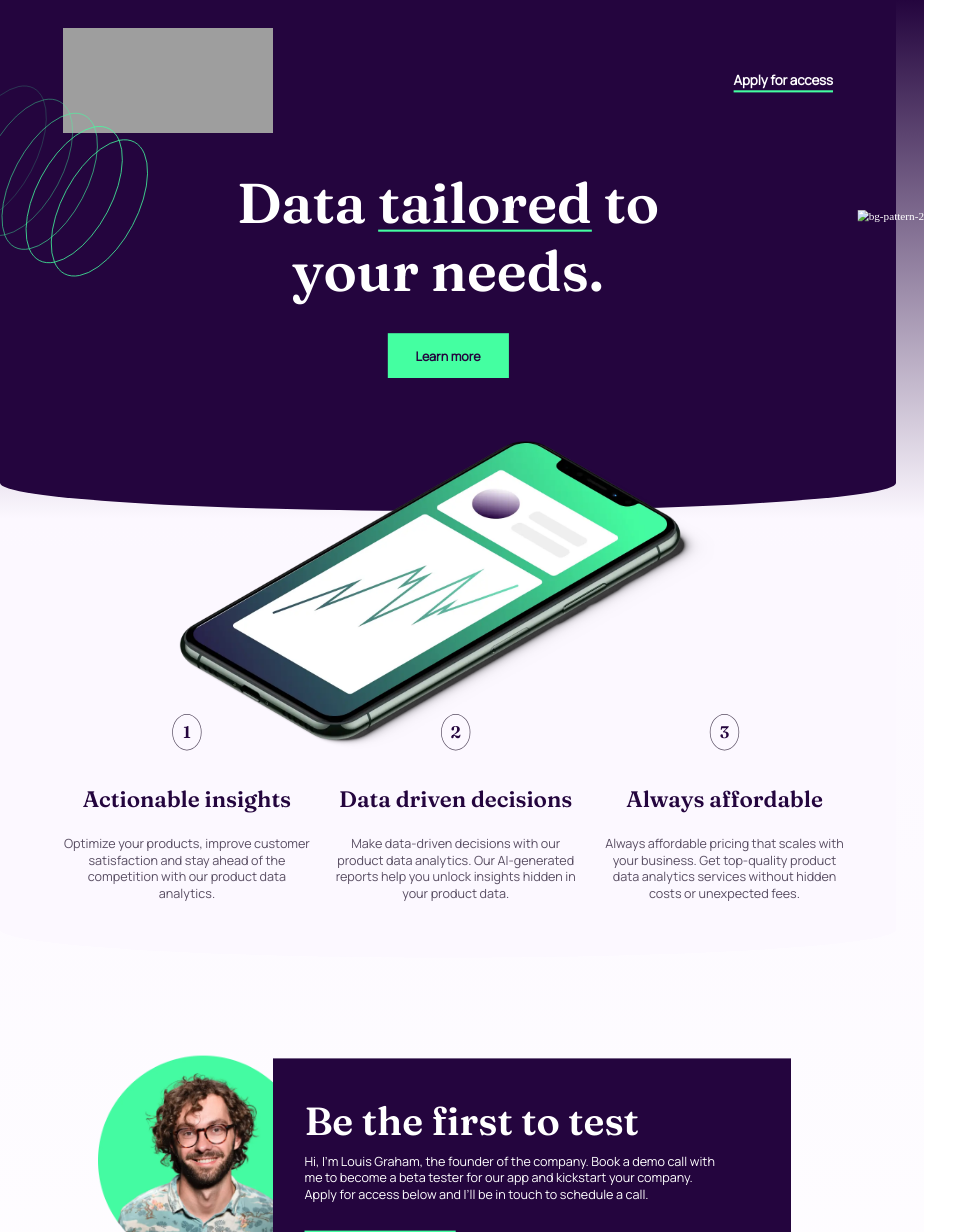
Repository: Arkitecth/landing_page
Page: index.html
An editor plug-in stored every save of this project. The page is shown before and after the next save, followed by the edit.
The browser window is 1280 px wide. The page is 1320 px wide, then 1380 px, so the pictures cover 1380 px, including what lies to the right of the window. The pictures show the part of the page from y = 0 to 1760 px (the page is 2469 px tall before and 2219 px after), at 70% of full size.
Pictures or frames that could not be fetched are drawn as grey boxes.

Above is the page before, as saved 2023-06-03 17:34:01.
Not found: assets/images/bg-pattern-2.svg

### index.html
<!DOCTYPE html>
<html lang="en">
<head>
  <meta charset="UTF-8">
  <meta http-equiv="X-UA-Compatible" content="IE=edge">
  <meta name="viewport" content="width=device-width, height=device-height, initial-scale=1.0, minimum-scale=1.0">
  <title>Work-it | Landing Page</title>
  <link rel="stylesheet" href="styles.css">
</head>
<body>
  <header id="header">
    <img src="assets/images/bg-pattern-1.svg" class="bg-pattern-1" alt="bg-pattern-1">
    <img src="assets/images/bg-pattern-2.svg" class="bg-pattern-2" alt="bg-pattern-2">
    <div class="container">
      <nav>
        <object data="assets/images/logo-light.svg"></object>
        <a class="btn-secondary" href="#">Apply for access</a>
      </nav>
      <div class="showcase">

        <h1>Data <span>tailored</span> to your needs.</h1>
        <a class="btn-primary"href="#">Learn more</a>
        <object class="image-hero" data="starter-code/assets/images/image-hero.webp"></object>
      </div>
    </div>

  </header>


  <section id="feature">
    <div class="container grid">
      <div class="feature-content">
        <p class="feature-num">1</p>
        <h3>Actionable insights</h3>
        <p class="feature-paragraph">Optimize your products, improve customer satisfaction and stay ahead of the competition with our product data analytics.</p>
      </div>

      <div class="feature-content">
        <p class="feature-num">2</p>
        <h3>Data driven decisions</h3>
        <p class="feature-paragraph">Make data-driven decisions with our product data analytics. Our AI-generated reports help you unlock insights hidden in your product data.</p>
      </div>

      <div class="feature-content">
        <p class="feature-num">3</p>
        <h3>Always affordable</h3>
        <p class="feature-paragraph">Always affordable pricing that scales with your business. Get top-quality product data analytics services without hidden costs or unexpected fees.</p>
      </div>
    </div>
  </section>


  <section id="about">
    <div class="container flex">
        <object class="image-founder" data="starter-code/assets/images/image-founder.webp" width="300" height="300"></object>
        <div class="about-text">
          <h3> Be the first to test </h3>
          <p> Hi, I'm Louis Graham, the founder of the company. Book a demo call with me to become a
          beta tester for our app and kickstart your company. Apply for access below and I’ll be
          in touch to schedule a call. </p>
          <a class="btn-primary" href="#"> Apply for access </a>
        </div>
        <object class="bg-pattern-3" data="starter-code/assets/images/bg-pattern-3.svg"></object>
    </div>

  </section>

  <footer>
    <object class="logo-dark" data="starter-code/assets/images/logo-dark.svg"></object>
    <div class="icons">
      <object class="icon" data="starter-code/assets/images/icon-facebook.svg"></object>
      <object class="icon" data="starter-code/assets/images/icon-twitter.svg" ></object>
      <object class="icon" data="starter-code/assets/images/icon-instagram.svg" ></object>
    </div>

  </footer>
</body>
</html>

### styles.css
@import url('https://fonts.googleapis.com/css2?family=Fraunces:wght@600&family=Manrope&display=swap');

:root {
    --primary-color: #24053e;
    --primary-text-color: #fff;
    --ghost-white:#fcf8ff;
    --secondary-btn-color: #44ffa1;
    --font-heading: "Fraunces", serif;
    --font-paragraph: 'Manrope', sans-serif;
    --paragraph-color:#584d62;

}


/* Main Styling */
* {
    margin: 0;
    padding: 0;
}

p {
    font-family: var(--font-paragraph);
    font-size: 1.125rem

}

h1,h2,h3 {
    font-family: var(--font-heading);
    font-weight: 600;
}


#header {
    background-color: var(--primary-color);
    border-radius: 100% /0 0 80px 80px;
    height: 730px;
}


.container {
    width: 90%;
    max-width: 1100px;
    margin: 0 auto;
    padding: 40px;

}

.center {
    display: flex;
    justify-content: center;
    align-items: center;
    text-align: center;
}


body {
    background: linear-gradient(180deg, rgba(36,5,62,1) 0%, rgba(252,248,255,1) 30%, rgba(255,255,255,1) 100%);
    color: #fff;
    overflow-x: hidden;
}


/* NAVIGATION */
nav {
    display: flex;
    justify-content: space-between;
    align-items: center;
}



.btn-secondary{
    text-decoration: underline;
    color: var(--primary-text-color);
    text-underline-offset: 7px;
    text-decoration-color: var(--secondary-btn-color);
    font-family: Manrope;
    text-decoration-thickness: 3px;
    font-size: 1.2rem;
    font-weight: 700;
    line-height: 32px;
    letter-spacing: -0.1599999964237213px;
    text-align: left;

}

.btn-secondary:hover {
    color: var(--secondary-btn-color);
}

/* Showcase */
.showcase {
    text-align: center;
    padding: 50px;
    max-width: 100%;
    display: flex;
    flex-direction: column;
    justify-content: center;
    align-items: center;
}

/* Header  */
.showcase h1 {
    max-width: 40rem;
    font-size: 5rem;
    font-weight: 600;
    text-align: center;
}

/* Span */
span {
    text-decoration: underline;
    text-decoration-color: var(--secondary-btn-color);
    text-decoration-thickness: 3px;
    text-underline-offset: 10px;
}

.btn-primary {
    background-color: var(--secondary-btn-color);
    text-decoration: none;
    color: var(--primary-color);
    padding: 20px;
    padding-left: 40px;
    padding-right: 40px;
    margin-top: 40px;
    font-family: var(--font-paragraph);
    font-weight: bold;
    font-size: 1.125rem;
}

.btn-primary:hover {
    background-color: var(--primary-color);
    color: var(--secondary-btn-color);
    border: 1px solid var(--secondary-btn-color);
}


/* Phone Image */
.image-hero {
    max-width: 767px;
    max-height: 441px;
    margin-top: 90px;
}

/* Background Patterns */
.bg-pattern-1 {
    position: absolute;
    top: 100px;
    left: -100px;
}

.bg-pattern-2 {
    position: absolute;
    top: 300px;
    right: -40px;
}

.bg-pattern-3 {
    position: absolute;
    left: 800px;
    top: 1800px;
}


/* Feature Grid */

#feature {
    border-radius: 100% /0 0 80px 80px;
    margin-top: 50px;
    text-align: center;
    width: 100%;
    background-color: var(--ghost-white);

}
.feature-num {
    font-family: var(--font-heading);
    border: 1px solid var(--paragraph-color);
    border-radius: 50%;
    width: 20px;
    height: 20px;
    padding: 10px;
    margin: auto;
    margin-bottom: 20px;
    text-align: center;
    color: var(--primary-color);
}

.feature-content h3 {
    margin-bottom: 10px;
    color: var(--primary-color);
}

.feature-content {
    padding-bottom: 40px;

}

.feature-paragraph {
    color: var(--paragraph-color);
}


/* About Section */

.image-founder {
    margin-top: 100px;
    margin-left: 50px;
}
.about-text {
    background-color: #24053e;
    text-align: left;
    position: relative;
    bottom: 300px;
    margin-left: 300px;
    width: 730px;
    padding: 5px;
    height: 413px;

}

.about-text h3 {
    font-size: 56px;
    padding-top: 50px;
}
.about-text p {
    margin: 10px 0;
    width: 602px;
}

.about-text h3, .about-text p, .about-text a {
    margin-left: 40px;
}

.about-text a {
    position: relative;
    top: 50px;
}

/* Footer */
.spacing {
    margin-top: 100px;
}

footer {
    background-color: #fff;
    margin: 0 auto;
    text-align: center;
    padding-bottom: 100px;
}

.icons {
    margin-top: 40px;

}

.icon {
    padding: 0 20px 0 20px;
}





/* Desktop */
@media (min-width: 1177px) and (max-width: 2000px) {
    body {
        background: linear-gradient(180deg, rgba(36,5,62,1) 0%, rgba(252,248,255,1) 30%, rgba(255,255,255,1) 100%);
    }
    .grid {
        display: grid;
        grid-template-columns: 1fr 1fr 1fr;
        gap: 30px;
    }

    #feature {
        width: 100%;
    }

    .feature-content {
        padding-top: 200px;

    }

    .feature-num {
        margin-bottom: 50px;
        font-size: 24px;
        padding-bottom: 20px;
    }

    .feature-paragraph {
        font-size: 18px;
    }

    .feature-content  h3 {
        width: 354px;
        height: 40px;
        font-weight: 600;
        font-size: 32px;
        margin-bottom: 30px;
    }

}



/* Tablets */

@media (min-width: 650px) and (max-width: 1175px) {
    .bg-pattern-1 {
        left: -210px;
    }
    .bg-pattern-2 {
        right: -60px;
    }

    .image-hero {
        width: 514px;
        height: 296px;
    }

    #feature {
        text-align: left;
    }
    .feature-num {
        margin: 0;
        position: absolute;
        margin-top: 20px;
        left: 70px;
    }

    .feature-content h3 {
        font-size: 30px;
        font-weight: 600;
    }

    .feature-content {
        margin-left: 100px;
    }

    .feature-paragraph {
        width: 491px;
        height: 56px;
    }

    .about-text {
        width: 514px;
        height: 375px;
        bottom: 130px;
        right: 130px
    }

    .image-founder {
        position: relative;
        right: 70px;
    }

    .about-text h3{
        font-size: 48px;
    }
    .about-text p{
        width: 402px;
        height: 112px;
        font-size: 16px;
        line-height: 28px;
    }

    .about-text a {
        position: relative;
        top: 30px;
    }

    .bg-pattern-3 {
        margin-top: 60px;
        left: 500px;
    }


}


/* Mobile  */
@media (min-width: 350px) and (max-width: 650px)  {

     body {
        background: linear-gradient(180deg, rgba(36,5,62,1) 0%, rgba(252,248,255,1) 10%, rgba(255,255,255,1) 100%);
    }
    #header {
        height: 600px;
    }

    .image-hero {
        width: 320px;
        height: 184px;
    }
    .bg-pattern-1, .bg-pattern-2, .bg-pattern-3 {
        display: none;
    }

    .container {
        width: 80%;
    }

    .showcase h1 {
        font-size: 50px;
        width: 343px;
        margin-top: 30px;
    }

    .btn-primary {
        margin-top: 60px;
    }



    /* Feature */
    .feature-content {
        padding-bottom: 40px;
    }

    .feature-paragraph {
        color: var(--paragraph-color);
    }
    /* About */
    .about-text {
        width: 343px;
        height: 375px;
        position: relative;
        right: 320px;
        bottom: 50px;
        text-align: center;
    }

    .image-founder {
        position: relative;
        right: 40px;
    }

    .about-text h3 {
        width: 280px;
        font-size: 32px;
    }

    .about-text p {
        width: 281px;
        font-family: "Manrope";
        height: 168px;
        line-height: 28px;
        font-size: 16px;
    }

    .about-text a {
        margin-right: 20px;
        width: 172px;
        position: relative;
        bottom: 50px;
        margin-bottom: 10px;
    }



}

/* Mobile Large */
@media (min-width: 520px) and (max-width: 650px)  {

    .image-founder {
        display: flex;
        justify-content: center;
        align-items: center;
        text-align: center;
        left: 50px;
    }
    #about {
        display: flex;
        justify-content: center;
        align-items: center;
        text-align: center;
        min-height: 100vh;

    }
    .about-text {
        width: 343px;
        height: 375px;
        position: relative;
        right: 240px;
        bottom: 50px;
        text-align: center;
    }
}

### starter-code/assets/images/bg-pattern-1.svg
<svg xmlns="http://www.w3.org/2000/svg" width="341" height="317" viewBox="0 0 341 317"><g fill="none" fill-rule="evenodd" stroke="#44FFA1" transform="rotate(-152 159.204 128.626)"><ellipse cx="54" cy="107.125" rx="53.5" ry="106.5"/><ellipse cx="94.706" cy="107" rx="53.5" ry="106.5"/><ellipse cx="134.529" cy="107.344" opacity=".75" rx="52.5" ry="106.5"/><ellipse cx="175.705" cy="108.102" opacity=".5" rx="53.5" ry="106.5"/><ellipse cx="217.294" cy="107.508" opacity=".25" rx="52.5" ry="106.5"/></g></svg>

### starter-code/styles.css
@font-face {
    font-family: "Fraunces";
    src: url("/Users/trenttuedon/Desktop/workit-landing-page/starter-code/assets/fonts/fraunces/Fraunces-VariableFont_SOFT,WONK,opsz,wght.ttf");

}

@font-face {
    font-family: "Manrope";
    src: url("starter-code/assets/fonts/manrope/Manrope-VariableFont_wght.ttf");

}

* {
    margin: 0;
    padding: 0;
}

html,body {
    background: linear-gradient(180deg, rgba(36,5,62,1) 0%, rgba(252,248,255,1) 30%, rgba(255,255,255,1) 100%);
    width: 1100px;
}


/* Showcase */
.container {
    max-width: 1100px;
    margin:  auto;
}

.overlay {
    width: 1500px;
    max-width: 1500px;
    height: 730px;
    background-color: #24053e;
    border-radius: 100% /0 0 80px 80px;
}
.navbar {
    color: #fff;
    display: flex;
    justify-content: space-between;
    position: relative;
    top: 50px;
}

.navbar a {
    text-decoration: none;
    color: #fff;
}

.secondary-default {
    font-family: sans-serif;
    border-bottom: 3px solid #44ffa1;
}

.secondary-default:hover {
    color: #44ffa1;
}

.bg-pattern-1 {
   position: absolute;
   left: -140px;
   top: 140px;
}

.bg-pattern-2 {
    position: absolute;
    left: 1330px;
    top: 250px;
 }

.heading {
    justify-content: center;
    width: 635px;
    height: 258px;
    margin: 0 auto;
    margin-top: 146px;
    text-align: center;
}

.heading h1 {
    font-family: Fraunces;
    color: #fff;
    font-weight: 600;
    line-height: 80px;
    margin-bottom: 40px;
    font-size: 5em;
}

.underline {
    text-decoration: underline;
    text-decoration-thickness: 2px;
    text-decoration-color: #44ffa1;
    text-underline-offset: 6px;
}

.primary-default {
    font-family: sans-serif;
    line-height: 40px;
    background-color: #44ffa1;
    border: 0;
    color: black;
    text-decoration: none;
    padding: 20px 40px;
}

.primary-default:hover {
    background-color: #24053e;
    color: #44ffa1;
    border: 1px solid #44ffa1;
}

.image-hero {
    display: block;
    margin-top: 30px;
    width: 700px;
    height: 400px;
}

/* Features */
.grid-container {
    display: grid;
    padding-top: 200px;
    grid-template-rows: 1fr 1fr;
    grid-template-columns: 1fr 1fr 1fr;
    font-family: "Fraunces";
    gap: 30px;
    text-align: center;
}


.feature-num {
    border: 1px solid #584d62;
    border-radius: 50%;
    width: 20px;
    height: 20px;
    padding: 10px;
    margin: auto;
    text-align: center;
    margin-bottom: 50px;
    color: #24053e;
}


.purple-overlay {
    background: #fdf8ff;
    border-radius: 0 0 50% 50% / 50px;
    width: 1500px;
    height: 600px;

}

.feature-heading {
    margin-bottom: 40px;
    font-weight: 600;
    color: #24053e;
}

.feature-paragraph {
    font-family: "Manrope";
    font-size: 1.13em;
    line-height: 32px;
    width: 300px;
    text-align: center;
    font-weight: 400;
    color: #584d62;
    margin: auto;

}


/* About Section */

.image-founder {
    margin-left: 250px;
}

.about{
    position: relative;
    color: #fff;
    background-color: #24053e;
    width: 730px;
    height: 413px;
    bottom: 200px;
    left: 400px;
    margin-left: 100px;
}

.about-container {
    text-align: left;
    padding: 70px;
}

.about-container h3 {
    font-family: "Fraunces";
    font-size: 3.5em;
    font-weight: 600;
    margin-bottom: 32px;
}

.about-container p {
    font-family: "Manrope";
    font-weight: 400;
    font-size: 1.15em;
    line-height: 32px;
    margin-bottom: 30px;
}

.about-container a {
    margin-top: 100px;
}

.bg-pattern-3 {
    position: relative;
    bottom: 120px;
    left: 400px;
}

/* Footer */

.spacing {
    margin-top: 100px;
}

footer {
    background-color: #fff;
    margin-left: 300px;
    text-align: center;
    padding-bottom: 100px;
}

.icons {
    margin-top: 40px;

}

.icon {
    padding: 0 20px 0 20px;
}


/* Media Queries */

@media (min-width: 768px) and (max-width: 1024px) {

    .body {
        background-color: black;
    }
    .bg-pattern-1 {
        left: -200px;
    }

    .bg-pattern-2 {
        left: 1330px;
        overflow: hidden;
    }
    .grid-container {
        display: grid;
        position: relative;
        grid-template-columns: none;
        grid-template-rows: repeat(3, 1fr);
        margin-top: 200px;
        padding: 20px;
        gap: 100px;
        text-align: left;
    }
    .feature-heading {
       text-align: left;
       margin-left: 300px;
       margin-bottom: 20px;
    }
    .feature-num {
        position: absolute;
        left: 250px;
        margin-top: 50px;

    }

    .feature-paragraph {
        text-align: left;
        width: 493px;
        height: 56px;
    }


}

@media(max-width: 480px) {
    html,body {
        background: linear-gradient(180deg, rgba(36,5,62,1) 0%, rgba(252,248,255,1) 10%, rgba(255,255,255,1) 100%);
        font-size: 100%;
    }

    .bg-pattern-1, .bg-pattern-2, .bg-pattern-3 {
        display: none;
    }

    .purple-overlay {
        height: 1300px;
    }

    .grid-container {
        display: grid;
        grid-template-columns: none;
        grid-template-rows: repeat(3, 1fr);
        font-size: 1.75rem;
    }

    .feature-num {
        padding: 20px;
        padding-top: 10px;
        text-align: center;
    }

    .about {
        margin-top: 120px;
        margin-left: 10px;
    }

    .about-container {
        text-align: center;
    }

    .image-founder {
        margin-left: 600px;
    }

    footer {
        height: 500px;
        margin-left: 400px
    }
}

After the next save:
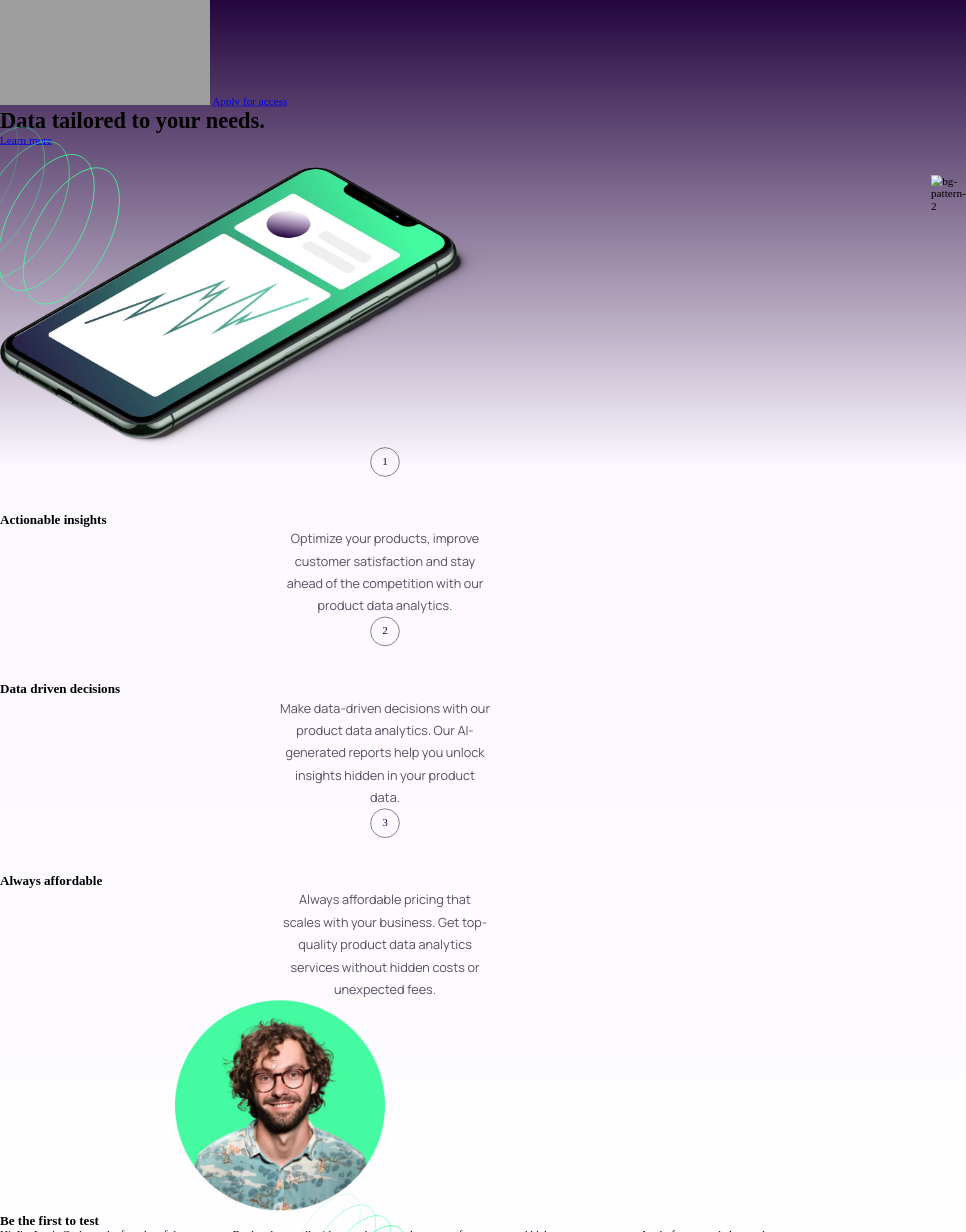
Saved 30 s later.
--- a/index.html
+++ b/index.html
@@ -5,7 +5,7 @@
   <meta http-equiv="X-UA-Compatible" content="IE=edge">
   <meta name="viewport" content="width=device-width, height=device-height, initial-scale=1.0, minimum-scale=1.0">
   <title>Work-it | Landing Page</title>
-  <link rel="stylesheet" href="styles.css">
+  <link rel="stylesheet" href="starter-code/styles.css">
 </head>
 <body>
   <header id="header">
